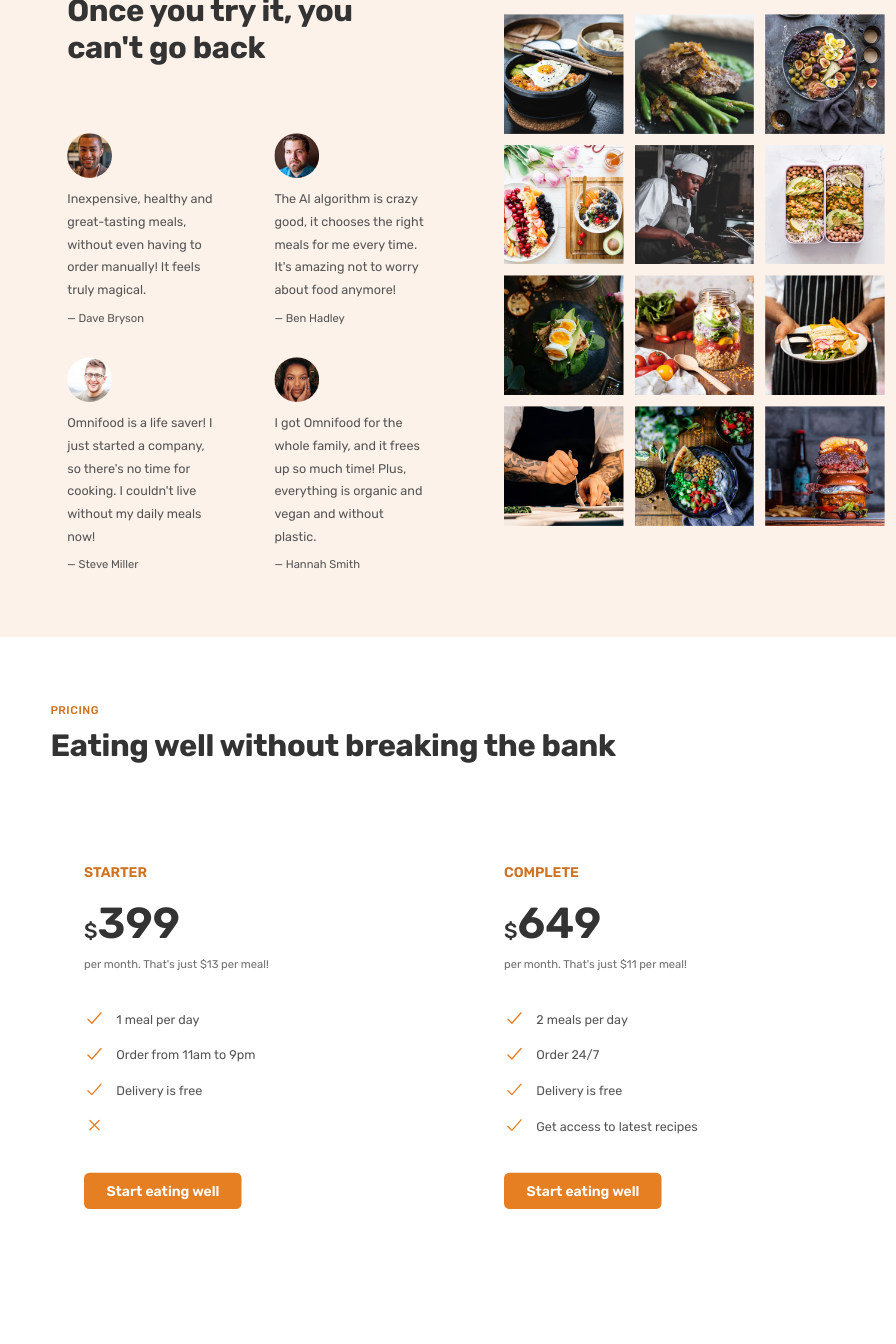
Repository: TranPhucThinh/Omnifood
Page: index.html
These files come from the project's save history. The page is drawn as it stood at one moment and after a run of saves; the edit follows.
The browser window is 1280 px wide. The pictures show the part of the page from y = 3735 to 5655 px (the page is 5655 px tall), at 70% of full size.

Above is the page before, as saved 2022-08-06 22:58:17.

After the next 2 saves:
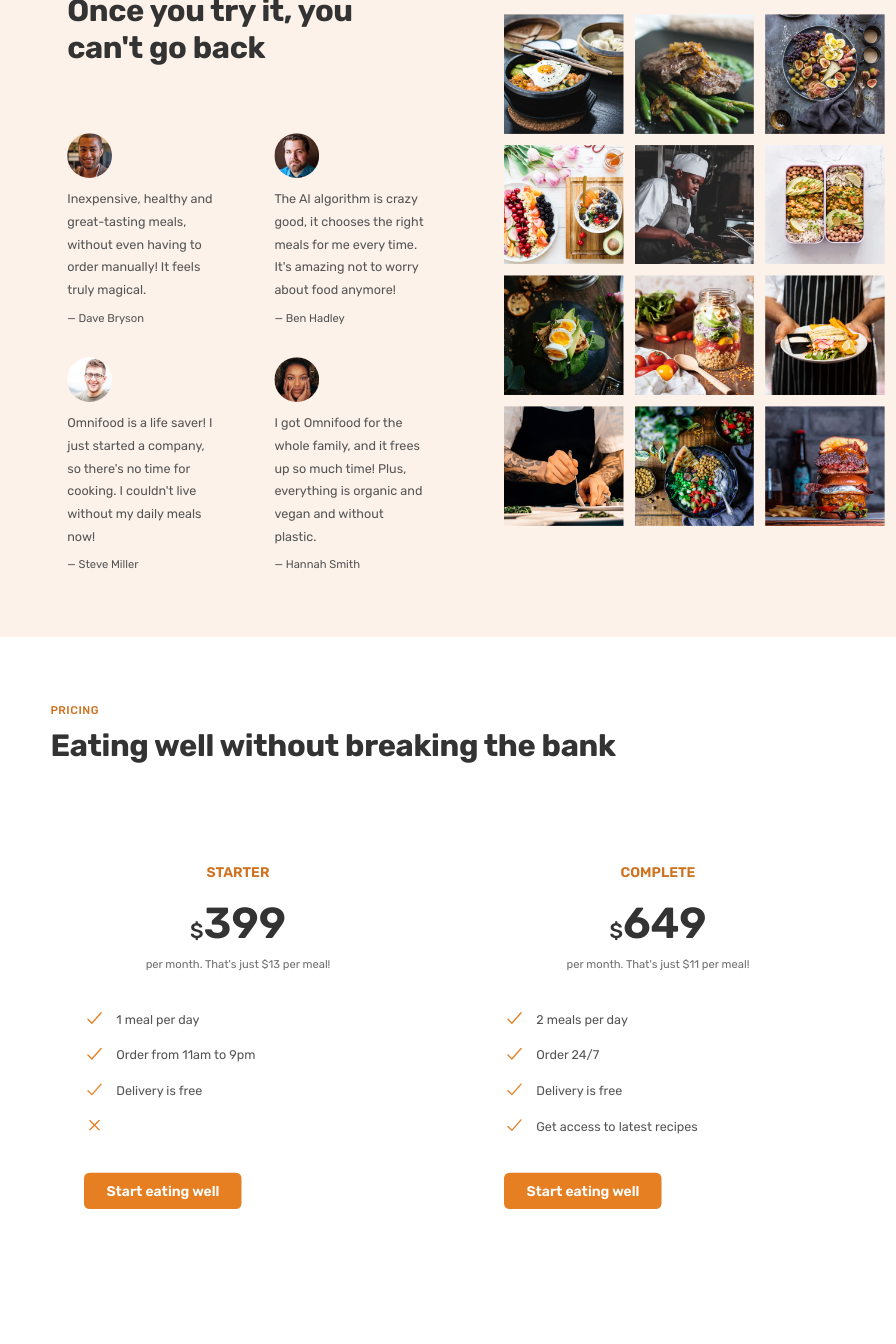
The 2 saves are shown as one change because they came seconds apart.
The last was saved 21 s later.
--- a/assets/styles/style.css
+++ b/assets/styles/style.css
@@ -362,6 +362,10 @@
   padding: 4.8rem;
 }
 
+.plan-header {
+  text-align: center;
+}
+
 .plan-name {
   text-transform: uppercase;
   font-size: 2rem;
